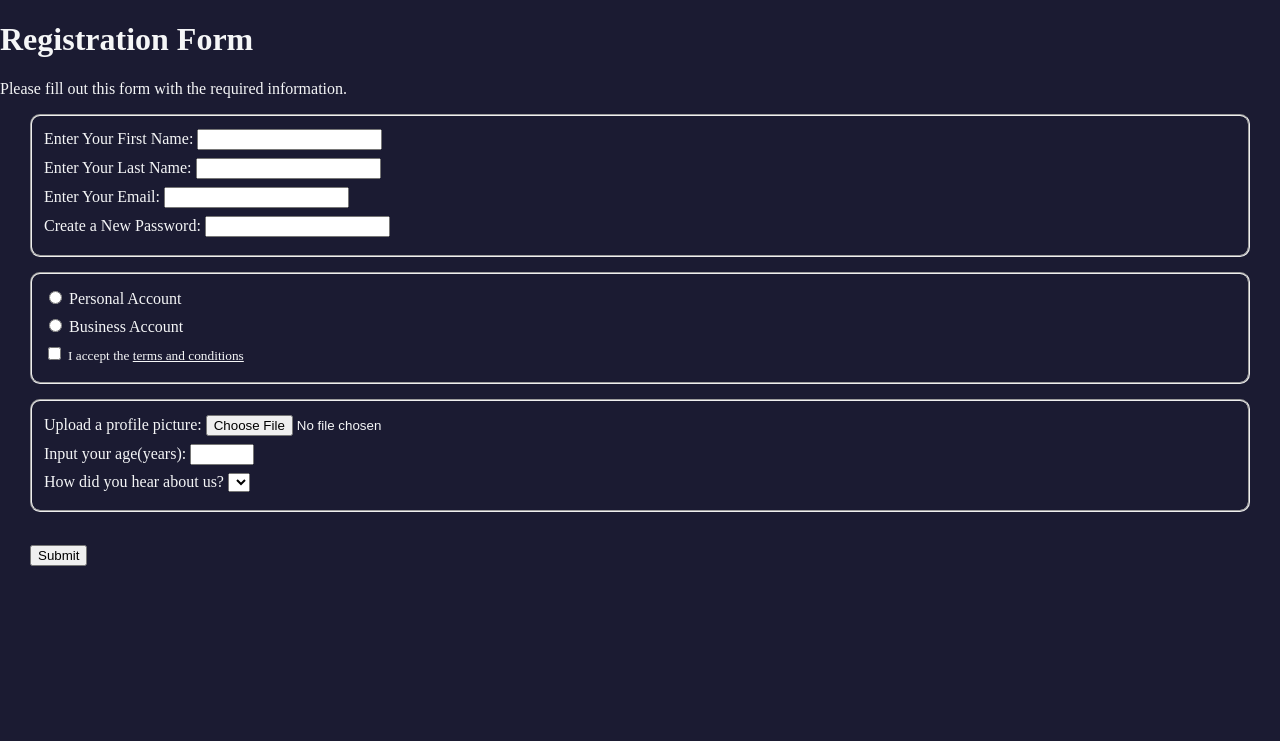
Repository: Lungdjos/registration_form
Page: index.html
These files come from the project's save history. The page is drawn as it stood at one moment and after the next save; the edit follows.
The browser window is 1280 px wide. The pictures show the whole page.

Above is the page before, as saved 2023-09-28 15:54:34.

After the next save:
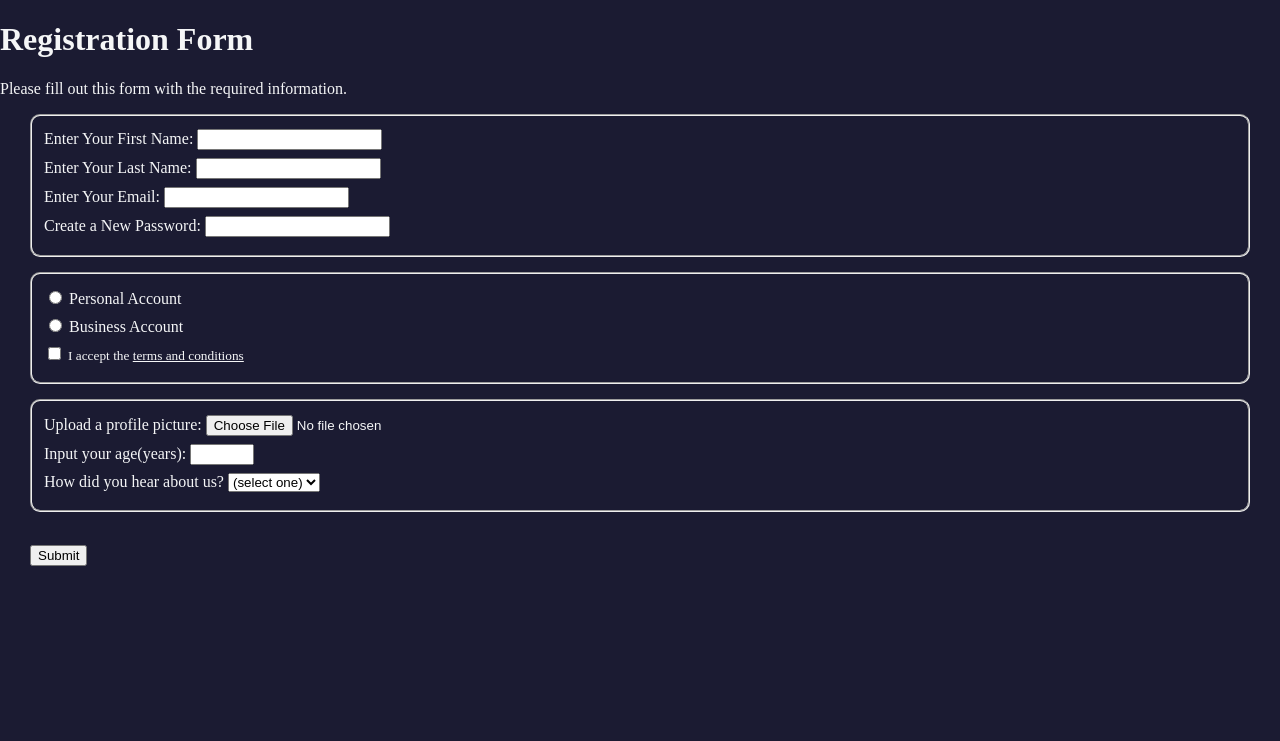
Saved 9 s later.
--- a/index.html
+++ b/index.html
@@ -29,12 +29,12 @@
 
             <label for=""> How did you hear about us?
                 <select name="" id="">
+                    <option value="">(select one)</option>
                     <option value=""></option>
                     <option value=""></option>
                     <option value=""></option>
                     <option value=""></option>
-                    <option value=""></option>
-                    (select one)
+
 freeCodeCamp News
 freeCodeCamp YouTube Channel
 freeCodeCamp Forum
